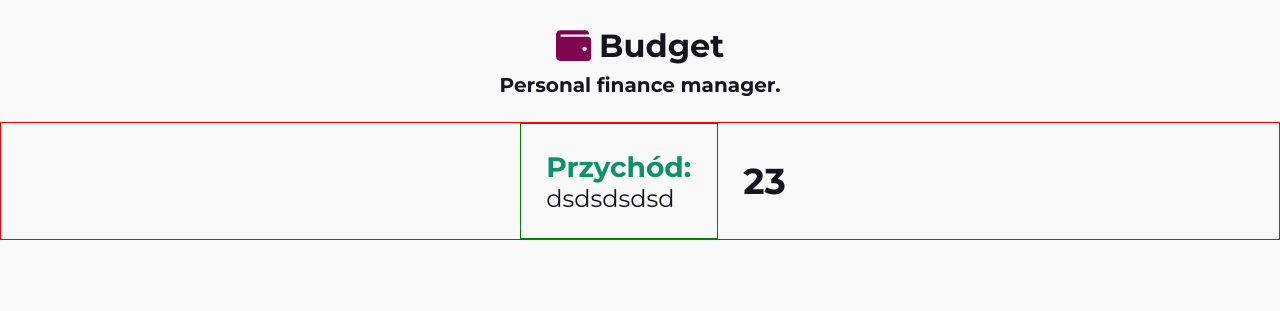
Repository: KrzysKolo/sr_tydzien4_zad4
Page: /
These files come from the project's save history. The page is drawn as it stood at one moment and after the next save; the edit follows.
The browser window is 1280 px wide. The pictures show the whole page.
Some web libraries are served in a nearby version. The project was rebuilt for these pictures with package versions that can differ from the ones it lists, and the page was loaded fresh each time.

Above is the page before, as saved 2020-11-29 13:45:20.

### public/index.html
<!DOCTYPE html>
<html lang="en">
  <head>
    <meta charset="utf-8" />
    <link rel="icon" href="%PUBLIC_URL%/favicon.ico" />
    <meta name="viewport" content="width=device-width, initial-scale=1" />
    <meta name="theme-color" content="#000000" />
    <meta
      name="description"
      content="Web site created using create-react-app"
    />
    <link rel="apple-touch-icon" href="%PUBLIC_URL%/logo192.png" />
    <!--
      manifest.json provides metadata used when your web app is installed on a
      user's mobile device or desktop. See https://developers.google.com/web/fundamentals/web-app-manifest/
    -->
    <link rel="manifest" href="%PUBLIC_URL%/manifest.json" />
    <!--
      Notice the use of %PUBLIC_URL% in the tags above.
      It will be replaced with the URL of the `public` folder during the build.
      Only files inside the `public` folder can be referenced from the HTML.

      Unlike "/favicon.ico" or "favicon.ico", "%PUBLIC_URL%/favicon.ico" will
      work correctly both with client-side routing and a non-root public URL.
      Learn how to configure a non-root public URL by running `npm run build`.
    -->
    <link
      href="https://fonts.googleapis.com/css?family=Montserrat:200,400,700&display=swap&subset=latin-ext"
      rel="stylesheet"
    />
    <script
      src="https://kit.fontawesome.com/327a0d490c.js"
      crossorigin="anonymous"
    ></script>
    <title>Budget</title>
  </head>
  <body>
    <noscript>You need to enable JavaScript to run this app.</noscript>
    <div id="root"></div>
    <!--
      This HTML file is a template.
      If you open it directly in the browser, you will see an empty page.

      You can add webfonts, meta tags, or analytics to this file.
      The build step will place the bundled scripts into the <body> tag.

      To begin the development, run `npm start` or `yarn start`.
      To create a production bundle, use `npm run build` or `yarn build`.
    -->
  </body>
</html>

### src/App.js
import React from 'react';
import Budget from './components/Budget'

const App = () => {
  return (
    <>
      <Budget/>
    </>
  )
}

export default App;

### src/components/Budget.js
import React from 'react';
import Header from './budgetComponents/Header';
import Section from './budgetComponents/Section';
import styled, { createGlobalStyle } from 'styled-components';

const GlobalStyle = createGlobalStyle`
    * {
        padding: 0;
        margin: 0;
        box-sizing: border-box;
    }
    body {
        background-color: #f9f9f9;
        color: #14161f;
        font-family: "Montserrat", sans-serif;
        font-size: 16px;
        min-height: 100vh;
    }
    `;
const Container = styled.main`
    font-size: 1.5rem;
`;
const SectionContainer = styled.section`
    border: 1px solid red;
    display: flex;
    flex-direction: row;
    justify-content: center;
    align-items: center;
`;
const Budget = () => {
    return (
        <>
            <GlobalStyle />
            <Container>
                <Header />
                <SectionContainer>
                    <Section />
                    <h1>2</h1>
                    <h1>3</h1>
                </SectionContainer>
            </Container>
        </>
    )
}

export default Budget;

### src/components/budgetComponents/Header.js
import React from 'react';
import styled from 'styled-components';
import { FontAwesomeIcon } from '@fortawesome/react-fontawesome';
import { faWallet } from '@fortawesome/free-solid-svg-icons';

const SectionHeader = styled.header`
    align-items: center;
    color: rgb(127, 5, 80);
    display: flex;
    font-size: 2.2rem;
    flex-direction: column;
    justify-content: center;
    padding: 2%;
`;
const DivHeader = styled.div`
    align-items: center;
    display: flex;
    flex-direction: row;
    justify-content: center;
    margin-bottom: 0.5rem;
`;
const H1Header = styled.h1`
    color: #14161f;
    font-size: 2rem;
    margin-left: .5rem;
`;
const H2Header = styled.h2`
    color: #14161f;
    font-size: 1.25rem;
`;
const Header = () => {
    return (
        <SectionHeader>
            <DivHeader>
                <FontAwesomeIcon icon={faWallet}/>
                <H1Header>Budget</H1Header>
            </DivHeader>
            <H2Header>Personal finance manager.</H2Header>
        </SectionHeader>
    )
}

export default Header;

### src/components/budgetComponents/Section.js
import React from 'react';
import H1 from './sectionComponents/H1';
import styled from 'styled-components';

const SectionWrapper = styled.section`
    border: 1px solid green;
    display: flex;
    flex-direction: column;
    margin: 0 2vw;
    padding: 2%;
`;
const Section = () => {
    return (
        <SectionWrapper>
           <H1 title={"Przychód"} />
           <p>dsdsdsdsd</p>
        </SectionWrapper>
    )
}

export default Section;

### src/components/budgetComponents/sectionComponents/H1.js
import React from 'react'
import styled from 'styled-components';

const TitleH1 = styled.h1`
color: rgb(13, 145, 105);
`;

const H1 = ({title}) => {
    return (
        <TitleH1>
            {title}:
        </TitleH1>
    )
}

export default H1;

Loaded but not shown: src/index.js (common file); src/index.css (common file)

After the next save:
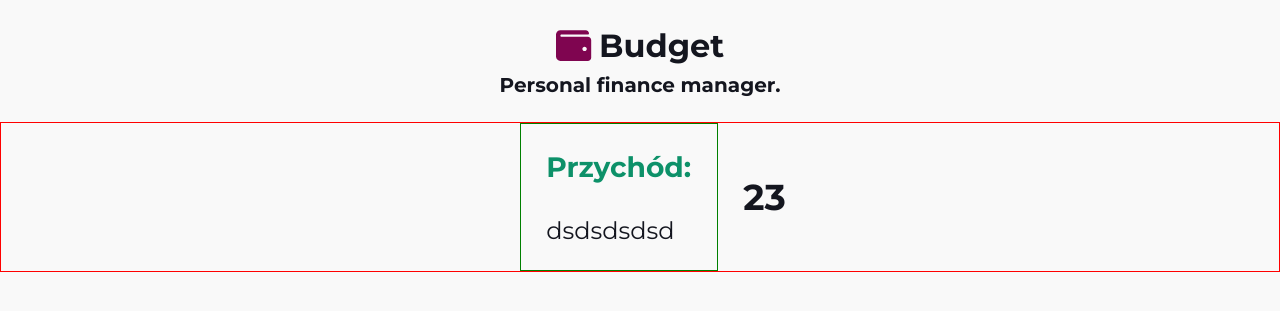
Saved 58 s later.
--- a/src/components/budgetComponents/sectionComponents/H1.js
+++ b/src/components/budgetComponents/sectionComponents/H1.js
@@ -2,7 +2,8 @@ import React from 'react'
 import styled from 'styled-components';
 
 const TitleH1 = styled.h1`
-color: rgb(13, 145, 105);
+    color: rgb(13, 145, 105);
+    margin-bottom: 2rem;
 `;
 
 const H1 = ({title}) => {
